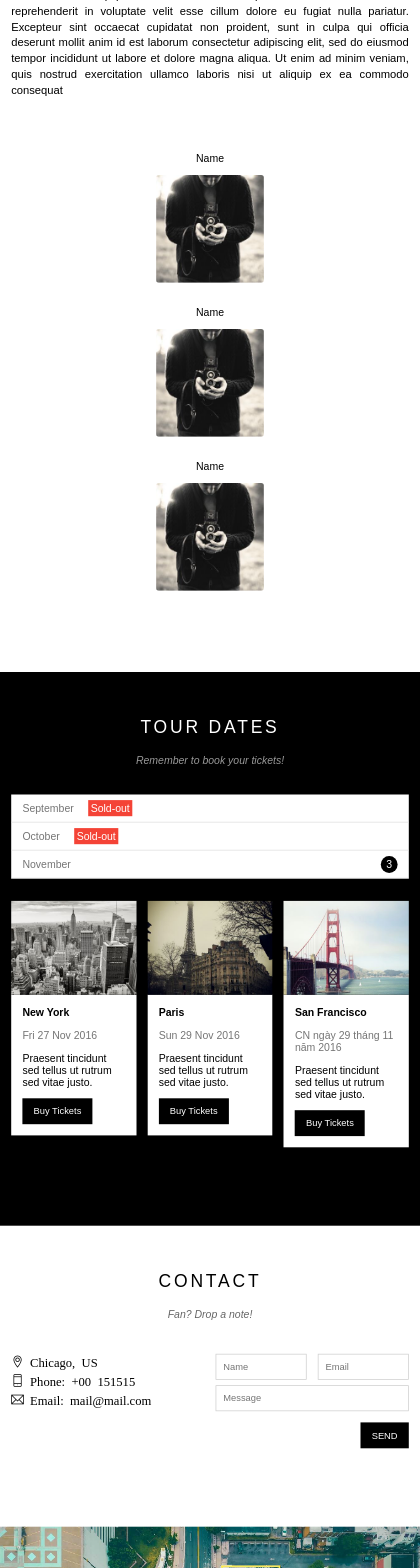
Repository: BillLee2000/w3-band
Page: index.html
These files come from the project's save history. The page is drawn as it stood at one moment and after the next save; the edit follows.
The browser window is 600 px wide. The pictures show the part of the page from y = 590 to 2830 px (the page is 3302 px tall before and 3862 px after), at 70% of full size.

Above is the page before, as saved 2021-12-16 06:01:22.

After the next save:
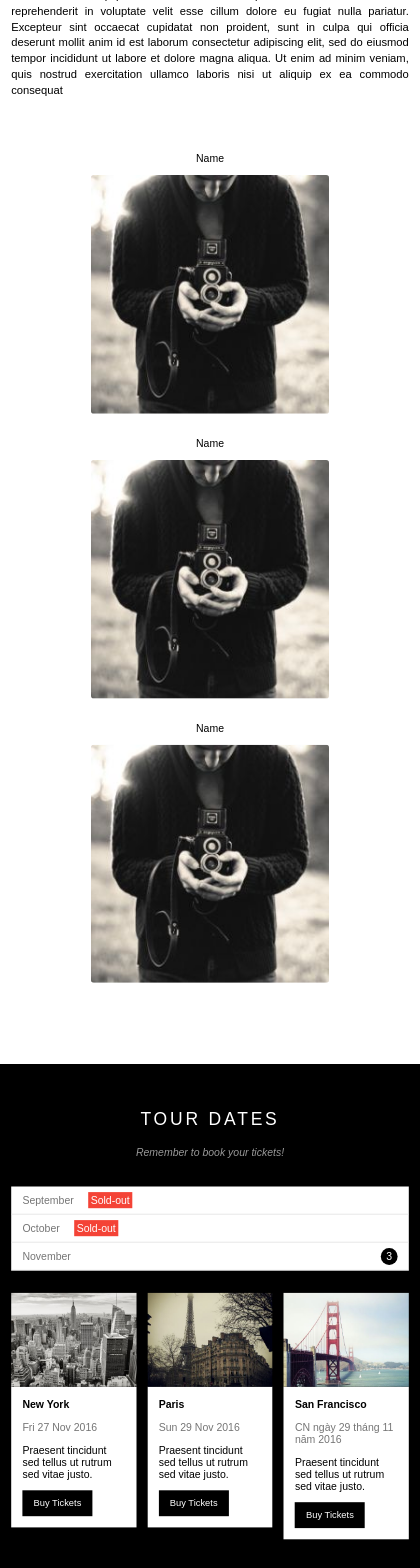
Saved 7 min 27 s later.
--- a/assets/css/responsive.css
+++ b/assets/css/responsive.css
@@ -25,6 +25,13 @@
         position: initial;
         background-color: #333;
     }
+    #content .members-item {
+        margin-top: 30px;
+        width: 100%;
+    }
+    #content .member-img {
+        width: 60%;
+    }
     #nav .subnav a {
         color: #fff;
         padding: 5px 41px;
@@ -39,8 +46,4 @@
         display: none;
     }
 
-    #content .members-item {
-        margin-top: 30px;
-        width: 100%;
-    }
 }
